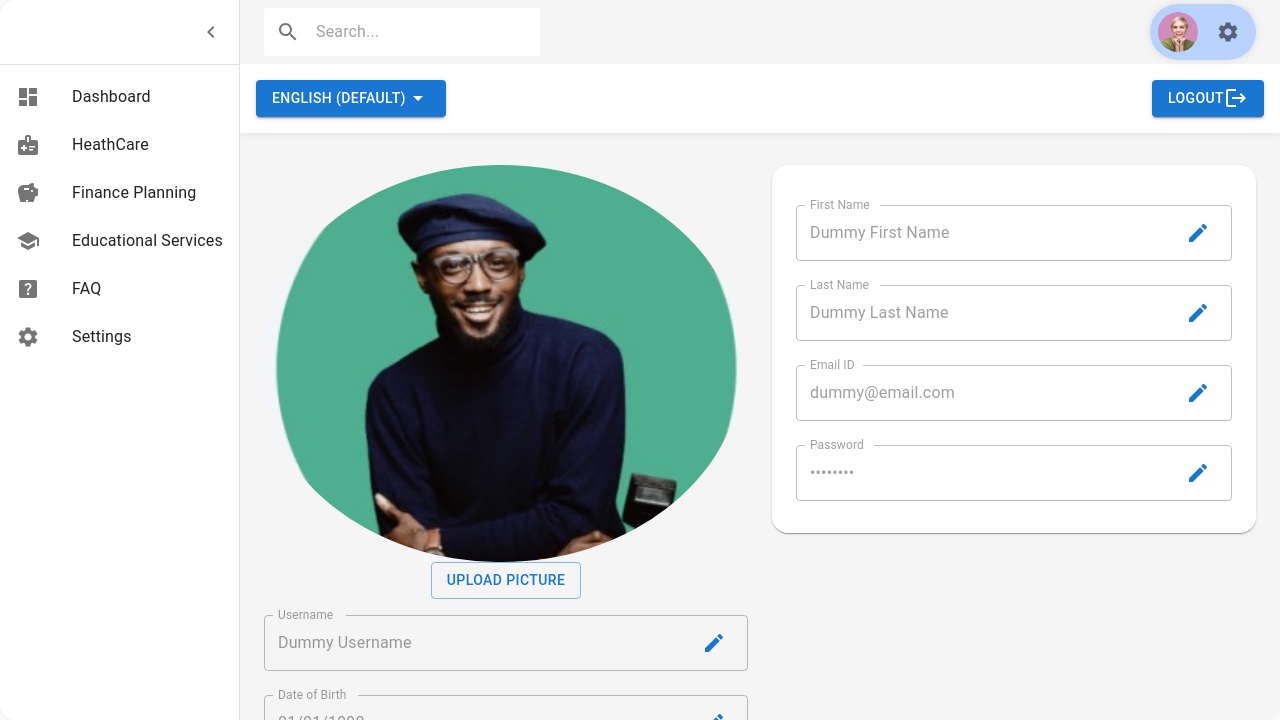
Repository: shubhampirate/TIAA_Retirement_hackathon
Page: /
These files come from the project's save history. The page is drawn as it stood at one moment and after the next save; the edit follows.
The browser window is 1280 px wide. The pictures show the whole page.
The project was rebuilt for these pictures with package versions that can differ from the ones it lists, and the page was loaded fresh each time. Also part of the build but not shown: src/Components/CustomButton.jsx, src/Components/Navbar.jsx, src/Components/Properties.jsx, src/Components/Footer.jsx, src/Components/Hero.jsx, src/pages/Sign_In.jsx.

Above is the page before, as saved 2023-11-15 20:16:43.

### src/index.css
@import url("https://fonts.googleapis.com/css2?family=Poppins:wght@400;500;700&display=swap");

* {
  margin: 0;
  padding: 0;
  box-sizing: border-box;
  font-family: "Poppins", sans-serif;
}

body {
  margin: 0;
  -webkit-font-smoothing: antialiased;
  -moz-osx-font-smoothing: grayscale;
}

code {
  font-family: source-code-pro, Menlo, Monaco, Consolas, "Courier New",
    monospace;
}

### src/App.jsx
import Hero from "./Components/Hero";
import SignIn from "./pages/Sign_In";
// import Dashboard from "./Components/Dashboard";
// import GaugeChart from "./Components/GaugeChart"
import Health from "./Components/Health";

function App() {
  return (
    <>
      {/* <Hero /> */}
      {/* <SignIn/> */}
      {/* <Dashboard /> */}
      <Health/>
      {/* <GaugeChart />  */}
    </>
  );
}

export default App;

### src/Components/Health.jsx
// import * as React from 'react';
import React, { useState } from 'react';
import { styled, createTheme, ThemeProvider } from '@mui/material/styles';
import CssBaseline from '@mui/material/CssBaseline';
import MuiDrawer from '@mui/material/Drawer';
import Box from '@mui/material/Box';
import MuiAppBar from '@mui/material/AppBar';
import Toolbar from '@mui/material/Toolbar';
import List from '@mui/material/List';
import Typography from '@mui/material/Typography';
import Divider from '@mui/material/Divider';
import IconButton from '@mui/material/IconButton';
// import Badge from '@mui/material/Badge';
import Container from '@mui/material/Container';
import Grid from '@mui/material/Grid';
import Paper from '@mui/material/Paper';
// import Link from '@mui/material/Link';
import MenuIcon from '@mui/icons-material/Menu';
import ChevronLeftIcon from '@mui/icons-material/ChevronLeft';
// import NotificationsIcon from '@mui/icons-material/Notifications';
import SettingsIcon from '@mui/icons-material/Settings';
import { mainListItems } from './listItems';
// import Chart from './Chart';
// import Deposits from './Deposits';
import TextField from '@mui/material/TextField';
import EditIcon from '@mui/icons-material/Edit';
import LogoutIcon from '@mui/icons-material/Logout';
import heroImg_4 from "../media/img_4.jpeg";
import heroImg_5 from "../media/img_5.jpeg";
import Button from '@mui/material/Button';
import LinearProgress from '@mui/material/LinearProgress';
// import YourComponent from './YourComponent';
import SearchIcon from '@mui/icons-material/Search';
import ArrowDropDownIcon from '@mui/icons-material/ArrowDropDown';
import InputBase from '@mui/material/InputBase';


  const Title = styled(Typography)(({ theme }) => ({
    fontSize: "25px",
    color: "#042A57",
    fontWeight: "bold",
    textAlign: "left",
    margin: theme.spacing(4, 0, 4, 0),
    [theme.breakpoints.down("sm")]: {
      fontSize: "30px",
    },
  }));
const drawerWidth = 240;

const AppBar = styled(MuiAppBar, {
  shouldForwardProp: (prop) => prop !== 'open',
})(({ theme, open }) => ({
  zIndex: theme.zIndex.drawer + 1,
  transition: theme.transitions.create(['width', 'margin'], {
    easing: theme.transitions.easing.sharp,
    duration: theme.transitions.duration.leavingScreen,
  }),
  ...(open && {
    marginLeft: drawerWidth,
    width: `calc(100% - ${drawerWidth}px)`,
    transition: theme.transitions.create(['width', 'margin'], {
      easing: theme.transitions.easing.sharp,
      duration: theme.transitions.duration.enteringScreen,
    }),
  }),
}));


const ProgressBarBox = ({ title, value }) => {
    let indicatorText = '';
    let color = '';

    if (value <= 30) {
      indicatorText = 'Less';
      color = '#BDFF7B';
    } else if (value <= 70) {
      indicatorText = 'Nearby Full';
      color = '#FFE779';
    } else {
      indicatorText = 'Completely Full';
      color = '#FC8965';
    }

    return (
      <Grid item xs={12} sm={6} md={4}>
        <Paper
          sx={{
            p: 2,
            display: 'flex',
            flexDirection: 'column',
            alignItems: 'center',
            borderRadius: '16px',
          }}
        >
          <Typography variant="h6" sx={{ mb: 1, color: "#0066FF" }}>
            {title}
          </Typography>
          <LinearProgress
          variant="determinate"
          value={value}
          sx={{
            width: '100%',
            height: '12px',
            borderRadius: '8px',
            backgroundColor: '#f0f0f0',
            marginBottom: '8px',
            '& .MuiLinearProgress-bar': {
              backgroundColor: color,
            },
          }}
        />

          <Box
          sx={{
            display: 'flex',
            justifyContent: 'space-between',
            width: '100%',

          }}
        >
          <Typography variant="body2">{indicatorText}</Typography>
          <Typography variant="body2">{value}%</Typography>
        </Box>
        </Paper>
      </Grid>
    );
  };
const Drawer = styled(MuiDrawer, { shouldForwardProp: (prop) => prop !== 'open' })(
  ({ theme, open }) => ({
    '& .MuiDrawer-paper': {
      position: 'relative',
      whiteSpace: 'nowrap',
      width: drawerWidth,
      transition: theme.transitions.create('width', {
        easing: theme.transitions.easing.sharp,
        duration: theme.transitions.duration.enteringScreen,
      }),
      boxSizing: 'border-box',
      ...(!open && {
        overflowX: 'hidden',
        transition: theme.transitions.create('width', {
          easing: theme.transitions.easing.sharp,
          duration: theme.transitions.duration.leavingScreen,
        }),
        width: theme.spacing(7),
        [theme.breakpoints.up('sm')]: {
          width: theme.spacing(9),
        },
      }),
    },
  }),
);

// TODO remove, this demo shouldn't need to reset the theme.
const defaultTheme = createTheme();

export default function Health() {
    const [isEditing, setIsEditing] = useState(false);
    const [userData, setUserData] = useState({
      username: 'Dummy Username',
      dob: '01/01/1990',
      firstName: 'Dummy First Name',
      lastName: 'Dummy Last Name',
      email: 'dummy@email.com',
      password: '********',
    });

    const handleEdit = (field) => {
      setIsEditing(!isEditing);
    };

    const handleChange = (field, value) => {
      setUserData((prevData) => ({
        ...prevData,
        [field]: value,
      }));
    };

    const [open, setOpen] = React.useState(true);

  const toggleDrawer = () => {
    setOpen(!open);
  };

  return (
    <ThemeProvider theme={defaultTheme}>
      <Box sx={{ display: 'flex', borderRadius: '16px', overflow: 'hidden', boxShadow: '0px 0px 10px rgba(0, 0, 0, 0.1)' }} >
        <CssBaseline />

<AppBar position="absolute" open={open} sx={{ backgroundColor: "whitesmoke", boxShadow: 'none' }}>
  <Toolbar
    sx={{
      pr: '24px', // keep right padding when drawer closed
      display: 'flex',
      alignItems: 'center',
      justifyContent: 'space-between',
    }}
  >
    <Box sx={{ display: 'flex', alignItems: 'center' }}>
      <IconButton
        edge="start"
        aria-label="open drawer"
        onClick={toggleDrawer}
        sx={{
          marginRight: '36px',
          ...(open && { display: 'none' }),
          backgroundColor: "#fff"
        }}
      >
        <MenuIcon  />
      </IconButton>

      {/* Search tab */}
      <Box sx={{ display: 'flex', alignItems: 'center', backgroundColor: 'white', borderRadius: '4px', padding: '4px' }}>
        <IconButton>
          <SearchIcon />
        </IconButton>
        <InputBase
          placeholder="Search..."
          sx={{ ml: 1 }}
        />
      </Box>

    </Box>

    <Box sx={{ display: 'flex', alignItems: 'center', backgroundColor: '#B9D2FD', boxShadow: '0px 0px 10px rgba(0, 0, 0, 0.1)', borderRadius: '40px', padding: '8px' }}>
      {/* User profile image */}
      <img
        src={heroImg_4}
        alt="User Profile"
        style={{ borderRadius: '50%', width: '40px', height: '40px', marginRight: '10px' }}
      />

      {/* Settings button */}
      <IconButton>
        <SettingsIcon />
      </IconButton>
    </Box>
  </Toolbar>
</AppBar>

        <Drawer variant="permanent" open={open}>
          <Toolbar
            sx={{
              display: 'flex',
              alignItems: 'center',
              justifyContent: 'flex-end',
              px: [1],
            }}
          >
            <IconButton onClick={toggleDrawer}>
              <ChevronLeftIcon />
            </IconButton>
          </Toolbar>
          <Divider />
          <List component="nav">
            {mainListItems}
            {/* <Divider sx={{ my: 1 }} /> */}
            {/* {secondaryListItems} */}
          </List>
        </Drawer>
        <Box
          component="main"
          sx={{
            backgroundColor: (theme) =>
              theme.palette.mode === 'light'
                ? theme.palette.grey[100]
                : theme.palette.grey[900],
            flexGrow: 1,
            height: '100vh',
            overflow: 'auto',

          }}
        >
          <Toolbar />
          {/* </Container> */}


          {/* Start Here */}
          <Box
    sx={{
      display: 'flex',
      justifyContent: 'space-between',
      alignItems: 'center',
      padding: '16px',
      backgroundColor: '#fff',
      boxShadow: '0px 0px 10px rgba(0, 0, 0, 0.1)',
    }}
  >
    {/* Language Button */}
    <Button variant="contained" >
      English (default) <ArrowDropDownIcon/>
    </Button>
    {/* Logout Button */}
    <Button variant="contained" >
      Logout  <LogoutIcon/>     </Button>
  </Box>
          <Container sx={{ mt: 4 }}>
        <Grid container spacing={3}>
          {/* Single Column for Upload Picture, Username, and DOB */}
          <Grid item xs={12} md={6}>
            {/* <Paper sx={{ p: 3, borderRadius: '16px' }}> */}
              <Box sx={{ display: 'flex', flexDirection: 'column', alignItems: 'center' }}>
                <input
                  type="file"
                  accept="image/*"
                  style={{
                    display: 'none',
                  }}
                  id="account-pic-input"
                />
                 <img
        src={heroImg_5}
        alt="User Profile"
        style={{ borderRadius: '100%', width: '100%', height: '100%', marginRight: '10px' }}
      />
                <label htmlFor="account-pic-input">
                  <Button variant="outlined" component="span">
                    Upload Picture
                  </Button>
                </label>
                <TextField
                  label="Username"
                  variant="outlined"
                  fullWidth
                  margin="normal"
                  value={userData.username}
                  onChange={(e) => handleChange('username', e.target.value)}
                  disabled={!isEditing}
                  InputProps={{
                    endAdornment: (
                      <IconButton color="primary" onClick={handleEdit}>
                        <EditIcon />
                      </IconButton>
                    ),
                  }}
                />
                <TextField
                  label="Date of Birth"
                  variant="outlined"
                  fullWidth
                  margin="normal"
                  value={userData.dob}
                  onChange={(e) => handleChange('dob', e.target.value)}
                  disabled={!isEditing}
                  InputProps={{
                    endAdornment: (
                      <IconButton color="primary" onClick={handleEdit}>
                        <EditIcon />
                      </IconButton>
                    ),
                  }}
                />
              </Box>
            {/* </Paper> */}
          </Grid>

          {/* Single Column for First Name, Last Name, Email, and Password */}
          <Grid item xs={12} md={6}>
            <Paper sx={{ p: 3, borderRadius: '16px' }}>
              <Box>
                <TextField
                  label="First Name"
                  variant="outlined"
                  fullWidth
                  margin="normal"
                  value={userData.firstName}
                  onChange={(e) => handleChange('firstName', e.target.value)}
                  disabled={!isEditing}
                  InputProps={{
                    endAdornment: (
                      <IconButton color="primary" onClick={handleEdit}>
                        <EditIcon />
                      </IconButton>
                    ),
                  }}
                />
                <TextField
                  label="Last Name"
                  variant="outlined"
                  fullWidth
                  margin="normal"
                  value={userData.lastName}
                  onChange={(e) => handleChange('lastName', e.target.value)}
                  disabled={!isEditing}
                  InputProps={{
                    endAdornment: (
                      <IconButton color="primary" onClick={handleEdit}>
                        <EditIcon />
                      </IconButton>
                    ),
                  }}
                />
                <TextField
                  label="Email ID"
                  variant="outlined"
                  fullWidth
                  margin="normal"
                  value={userData.email}
                  onChange={(e) => handleChange('email', e.target.value)}
                  disabled={!isEditing}
                  InputProps={{
                    endAdornment: (
                      <IconButton color="primary" onClick={handleEdit}>
                        <EditIcon />
                      </IconButton>
                    ),
                  }}
                />
                <TextField
                  label="Password"
                  type="password"
                  variant="outlined"
                  fullWidth
                  margin="normal"
                  value={userData.password}
                  onChange={(e) => handleChange('password', e.target.value)}
                  disabled={!isEditing}
                  InputProps={{
                    endAdornment: (
                      <IconButton color="primary" onClick={handleEdit}>
                        <EditIcon />
                      </IconButton>
                    ),
                  }}
                />
              </Box>
            </Paper>
          </Grid>
        </Grid>
      </Container>
        </Box>
        </Box>
      {/* </Box> */}
    </ThemeProvider>
  );
}

### src/Components/listItems.jsx
import * as React from 'react';
import ListItemButton from '@mui/material/ListItemButton';
import ListItemIcon from '@mui/material/ListItemIcon';
import ListItemText from '@mui/material/ListItemText';
import DashboardIcon from '@mui/icons-material/Dashboard';
import MedicalInformationIcon from '@mui/icons-material/MedicalInformation';
import SavingsIcon from '@mui/icons-material/Savings';
import SchoolIcon from '@mui/icons-material/School';
import HelpCenterIcon from '@mui/icons-material/HelpCenter';
import SettingsIcon from '@mui/icons-material/Settings';


export const mainListItems = (
  <React.Fragment>
    <ListItemButton>
      <ListItemIcon>
        <DashboardIcon />
      </ListItemIcon>
      <ListItemText primary="Dashboard" />
    </ListItemButton>
    <ListItemButton>
      <ListItemIcon>
        <MedicalInformationIcon />
      </ListItemIcon>
      <ListItemText primary="HeathCare" />
    </ListItemButton>
    <ListItemButton>
      <ListItemIcon>
        <SavingsIcon />
      </ListItemIcon>
      <ListItemText primary="Finance Planning" />
    </ListItemButton>
    <ListItemButton>
      <ListItemIcon>
        <SchoolIcon />
      </ListItemIcon>
      <ListItemText primary="Educational Services" />
    </ListItemButton>
    <ListItemButton>
      <ListItemIcon>
        <HelpCenterIcon />
      </ListItemIcon>
      <ListItemText primary="FAQ" />
    </ListItemButton>
    <ListItemButton>
      <ListItemIcon>
        <SettingsIcon />
      </ListItemIcon>
      <ListItemText primary="Settings" />
    </ListItemButton>
  </React.Fragment>
);

// export const secondaryListItems = (
//   <React.Fragment>
//     <ListSubheader component="div" inset>
//       Saved reports
//     </ListSubheader>
//     <ListItemButton>
//       <ListItemIcon>
//         <AssignmentIcon />
//       </ListItemIcon>
//       <ListItemText primary="Current month" />
//     </ListItemButton>
//     <ListItemButton>
//       <ListItemIcon>
//         <AssignmentIcon />
//       </ListItemIcon>
//       <ListItemText primary="Last quarter" />
//     </ListItemButton>
//     <ListItemButton>
//       <ListItemIcon>
//         <AssignmentIcon />
//       </ListItemIcon>
//       <ListItemText primary="Year-end sale" />
//     </ListItemButton>
//   </React.Fragment>
// );

Loaded but not shown: public/index.html (common file); src/index.js (common file)

After the next save:
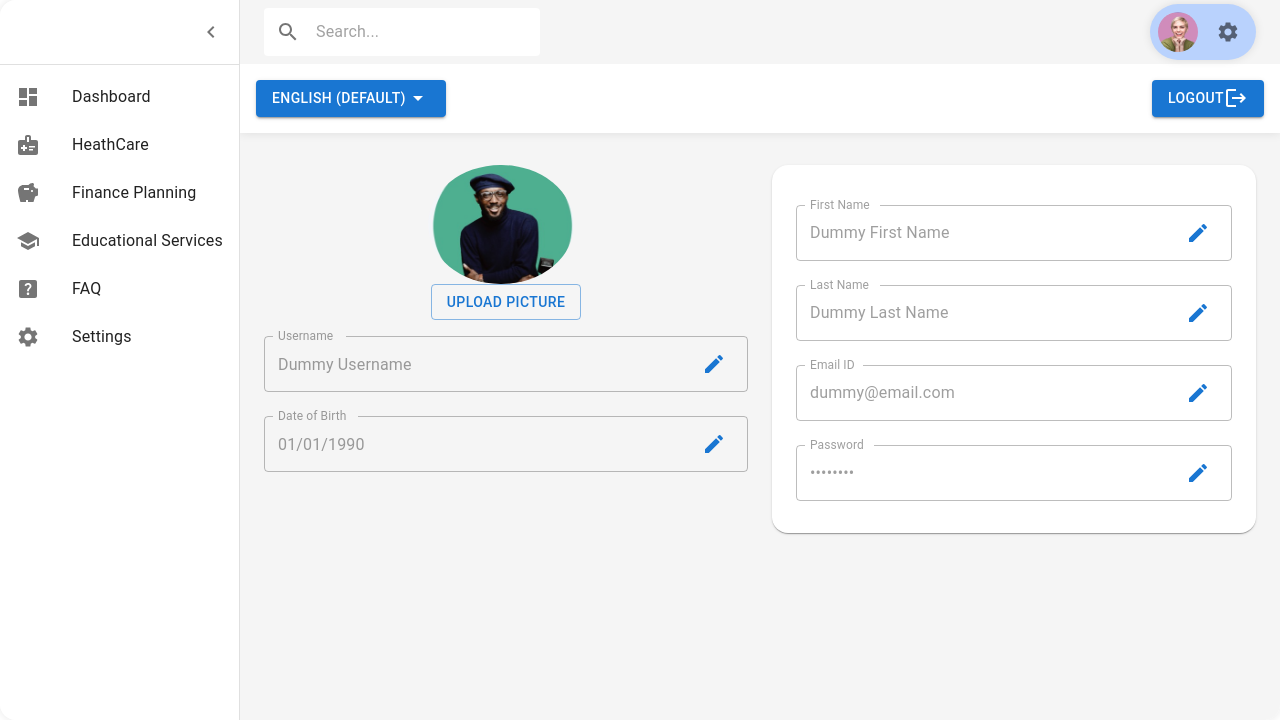
Saved 12 s later.
--- a/src/Components/Health.jsx
+++ b/src/Components/Health.jsx
@@ -312,7 +312,7 @@ export default function Health() {
                  <img
         src={heroImg_5}
         alt="User Profile"
-        style={{ borderRadius: '100%', width: '100%', height: '100%', marginRight: '10px' }}
+        style={{ borderRadius: '100%', width: '30%', height: '30%', marginRight: '10px' }}
       />
                 <label htmlFor="account-pic-input">
                   <Button variant="outlined" component="span">
